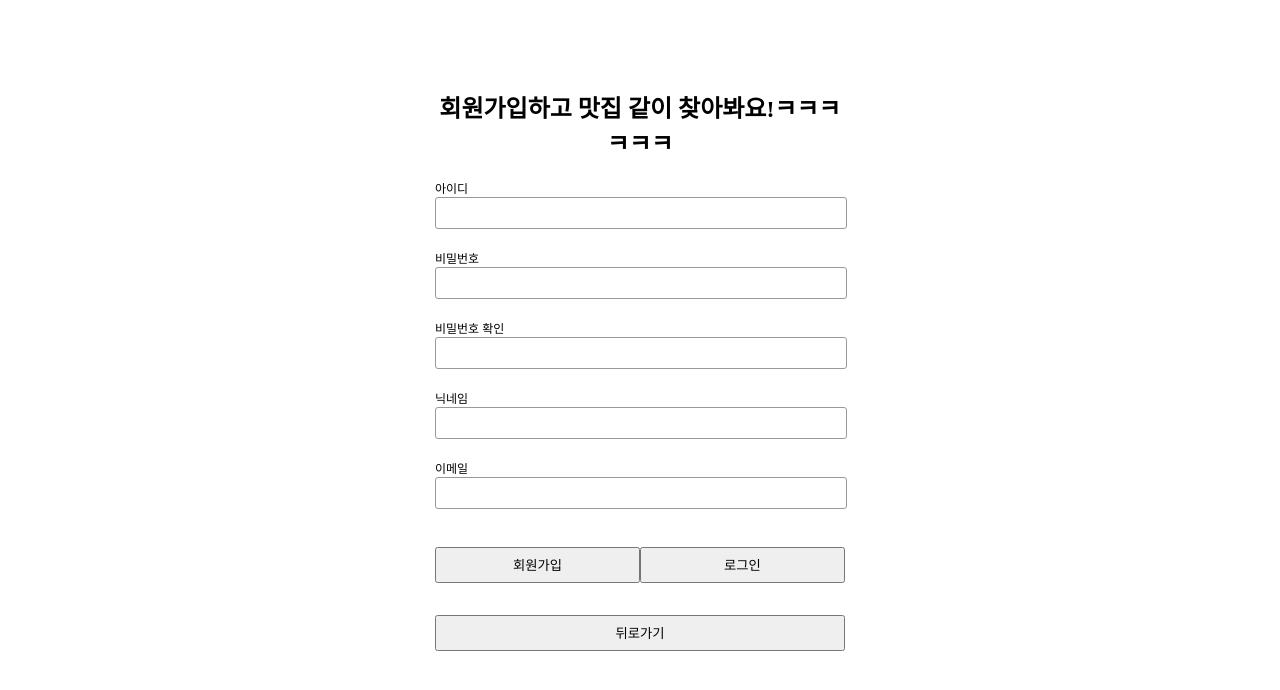
Repository: zzangyu/koreanFoodsProject
Page: http://localhost/koreanFoodsProject/koreanFoods/signUp.jsp
An editor plug-in stored every save of this project. The page is shown before and after the next save, followed by the edit.
The browser window is 1280 px wide. The pictures show the whole page.
The page is served by Tomcat 9. Other server files are loaded and not shown.

Above is the page before, as saved 2022-12-29 07:49:15.

### koreanFoodsProject/src/main/webapp/koreanFoods/signUp.jsp
<%@ page language="java" contentType="text/html; charset=UTF-8"
    pageEncoding="UTF-8"%>
<!DOCTYPE html>
<html>
<head>
<meta charset="UTF-8">
<link type="text/css" rel="stylesheet" href="css/kFoods.css">
<title>Sign Up</title>
</head>
<body>
	<form action="" id="signUp">
		<div id="signUp_Wrap">
			<h2>회원가입하고 맛집 같이 찾아봐요!ㅋㅋㅋㅋㅋㅋ</h2>
			<div>
				<label class="signUp_textSize">아이디</label>
				<div>
					<input type="text" name="kf_id" class="signUp_input">
					<div class="signUp_check_textSize" id="signUp_idCheck"></div>
				</div>
			</div>
			<div>
				<label class="signUp_textSize">비밀번호</label>
				<div>
					<input type="password" name="kf_password" class="signUp_input">
					<div class="signUp_check_textSize" id="signUp_idCheck"></div>
				</div>
			</div>
			<div>
				<label class="signUp_textSize">비밀번호 확인</label>
				<div>
					<input type="password" name="kf_passwordCheck" class="signUp_input">
					<div class="signUp_check_textSize" id="signUp_idCheck"></div>
				</div>
			</div>
			<div>
				<label class="signUp_textSize">닉네임</label>
				<div>
					<input type="text" name="kf_nickname" class="signUp_input">
					<div class="signUp_check_textSize" id="signUp_nickCheck"></div>
				</div>
			</div>
			<div>
				<label class="signUp_textSize">이메일</label>
				<div>
					<input type="text" name="kf_email" class="signUp_input">
					<div class="signUp_check_textSize" id="signUp_emailCheck"></div>
				</div>
			</div>
			<button class="signUp_button1">회원가입</button><button class="signUp_button1">로그인</button>
			<button onclick="history.go(-1); return false;" class="signUp_button2">뒤로가기</button>
		</div>
	</form>
</body>
</html>

### koreanFoodsProject/src/main/webapp/koreanFoods/css/kFoods.css
@charset "UTF-8";
html, body {
	margin: 0;
	padding: 0;
	width: 100%;
	height: 100%;
}
a {
	text-decoration: none;
}
#loginButton {
	background-color: yellow;
}
#loginButton a {
	color: red;
}
#signUp {
	width: 100%;
	height: 100%;
	display: flex;
	justify-content: center;
	align-items: center;
}
.signUp_textSize {
	font-size: 12px;
}
.signUp_check_textSize {
	font-size: 10px;
	color: #999;
}
#signUp_Wrap {
	width: 410px;
}
#signUp_Wrap h2 {
	text-align: center;
}
#signUp_Wrap > div {
	width: 100%;
	height: 70px;
}
.signUp_input {
	margin: 0;
    padding: 0 1%;
    width: 98%;
    height: 30px;
    border: 1px solid #999;
    border-radius: 3px;
}
.signUp_button1 {
	width: 50%;
	height: 36px;
	margin-top: 18px;
}
.signUp_button2 {
	width: 100%;
	height: 36px;
	margin-top: 32px;
}

After the next save:
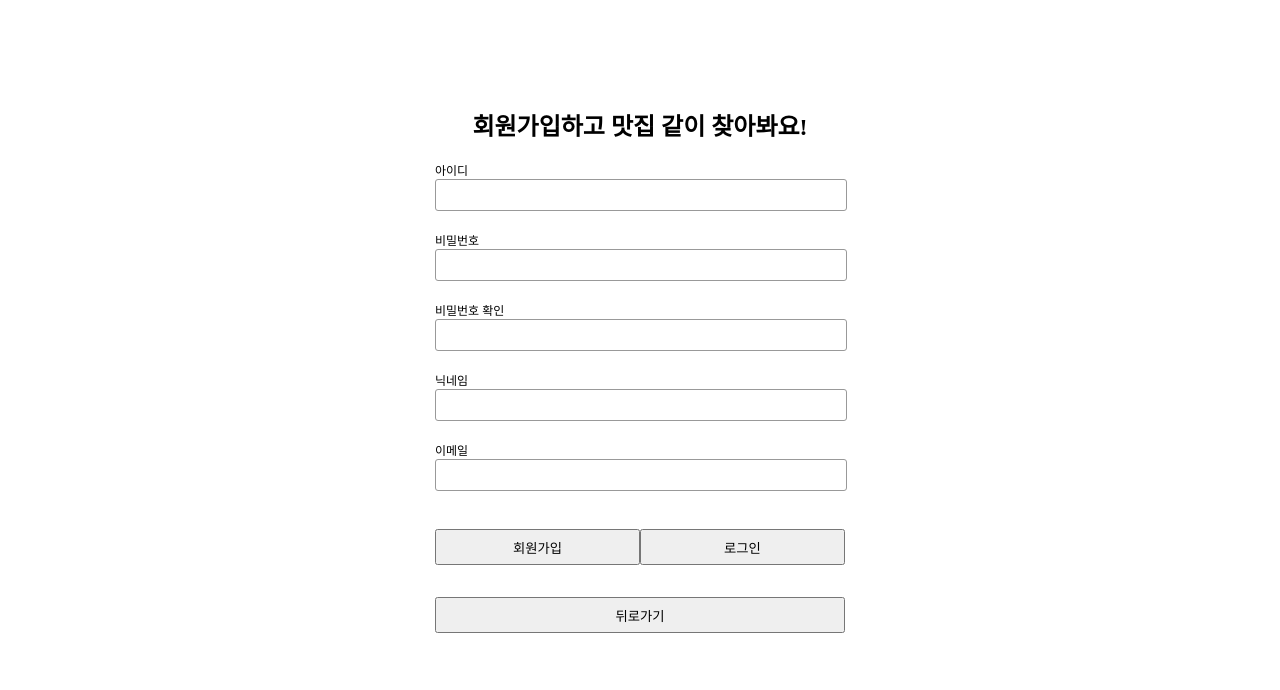
Saved 13 s later.
--- a/koreanFoodsProject/src/main/webapp/koreanFoods/signUp.jsp
+++ b/koreanFoodsProject/src/main/webapp/koreanFoods/signUp.jsp
@@ -10,7 +10,7 @@
 <body>
 	<form action="" id="signUp">
 		<div id="signUp_Wrap">
-			<h2>회원가입하고 맛집 같이 찾아봐요!ㅋㅋㅋㅋㅋㅋ</h2>
+			<h2>회원가입하고 맛집 같이 찾아봐요!</h2>
 			<div>
 				<label class="signUp_textSize">아이디</label>
 				<div>
